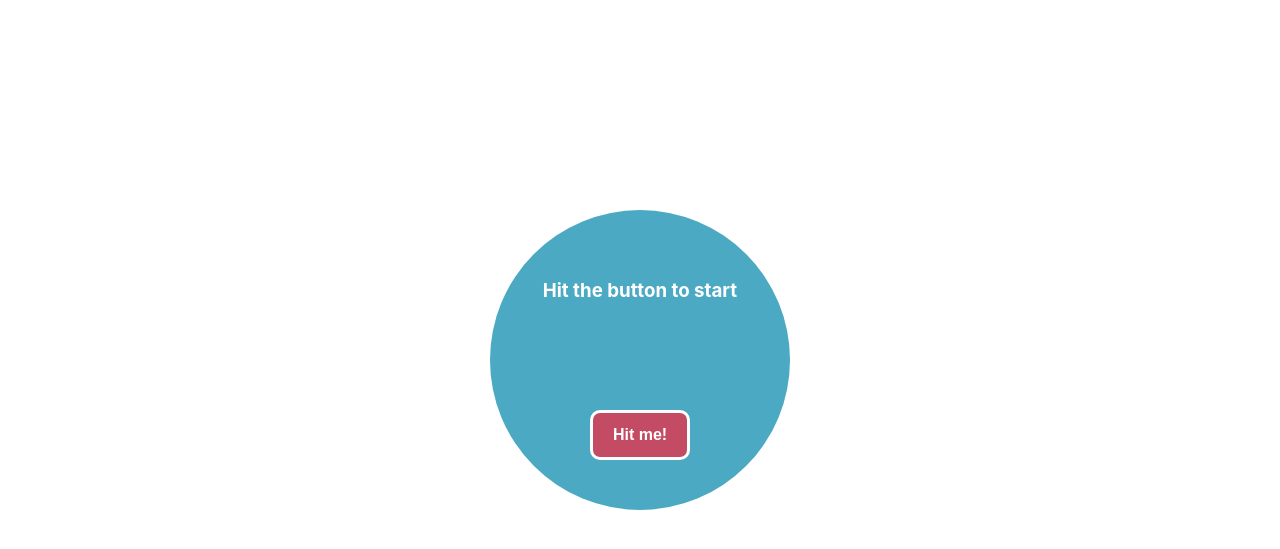
Repository: litalsh/Usless-Counter
Page: /
An editor plug-in stored every save of this project. The page is shown before and after the next save, followed by the edit.
The browser window is 1280 px wide. The pictures show the whole page.
The project was rebuilt for these pictures with package versions that can differ from the ones it lists, and the page was loaded fresh each time.

Above is the page before, as saved 2021-02-22 13:03:22.

After the next save:
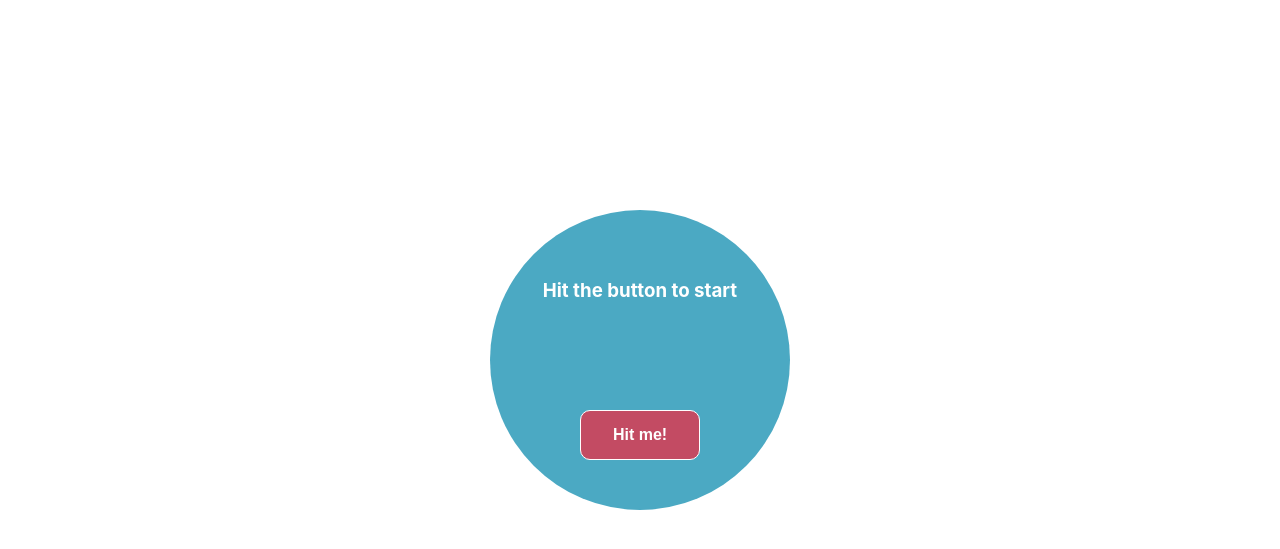
Saved 15 s later.
--- a/src/App.css
+++ b/src/App.css
@@ -32,10 +32,10 @@ span {
 }
 
 button {
-  width: 100px;
+  width: 120px;
   height: 50px;
   border-radius: 10px;
-  border: 0.2em solid #fff;
+  border: 0.1em solid #fff;
   background: #C34B63;
   color: #fff;
   align-self: center;
